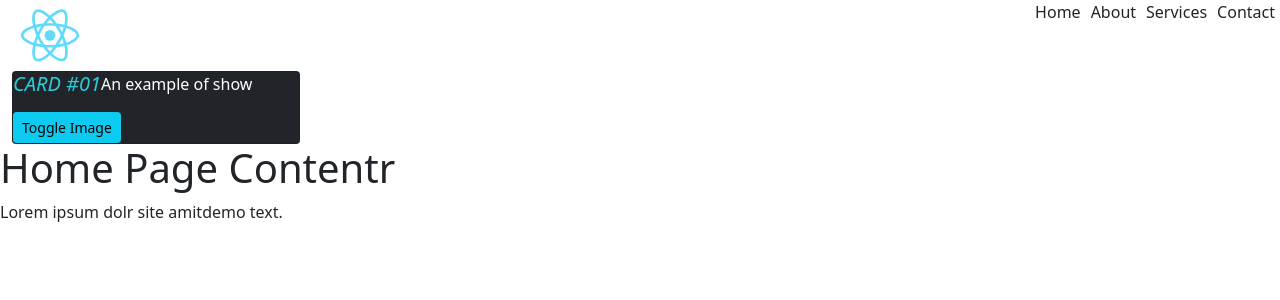
Repository: rudra319/react
Page: /
An editor plug-in stored every save of this project. The page is shown before and after the next save, followed by the edit.
The browser window is 1280 px wide. The pictures show the whole page.
The project was rebuilt for these pictures with package versions that can differ from the ones it lists, and the page was loaded fresh each time. Also part of the build but not shown: src/App.css, src/pages/dashboard/Dashboard.css, src/pages/dashboard/Dashboard.jsx.

Above is the page before, as saved 2022-05-17 17:53:13.

### src/App.js
import logo from './logo.svg';
import './App.css';
import Header from './Header';
import { useState } from 'react';
import 'bootstrap/dist/css/bootstrap.min.css';
import Dashboard from './pages/dashboard/Dashboard';
import Chinmayee from './pages/dashboard/Chinmayee';
function App1() {
  const [cPage, setCPage] = useState("home")
  //console.log(cPage)
  return (
    <>
      <div>
        <Header setCPage={setCPage} />
      </div>
      <Chinmayee/>
      {/* <Dashboard /> */}
      {cPage !== "" && (cPage === 'home' || cPage === "Home") && (
        <>
          <h1>Home Page Contentr</h1>
          <p>Lorem ipsum dolr site amitdemo text.</p>
        </>
      )}
      {cPage === 'about' && (
        <>
          <h1>About Page Contentr</h1>
          <p>Lorem ipsum dolr site amitdemo text.</p>
        </>
      )}
      {cPage === 'products' && (
        <>
          <h1>Products Page Contentr</h1>
          <p>Lorem ipsum dolr site amitdemo text.</p>
        </>
      )}
      {cPage === 'services' && (
        <>
          <h1>Services Page Contentr</h1>
          <p>Lorem ipsum dolr site amitdemo text.</p>
        </>
      )}
      {cPage === 'contact' && (
        <>
          <h1>Contact Page Contentr</h1>
          <p>Lorem ipsum dolr site amitdemo text.</p>
        </>
      )}
    </>
  );
}

export default App1;

### src/Header.js
import React, {useState, useEffect} from 'react';
import logo from './logo.svg';
import Menu from './Menu';

function Header({setCPage = () => {}}) {

  // const [name, setName] = useState("");
  // let nameVar = "CSM Admin nameVar";
  // useEffect(() => {
  //   setName("CSM Admin name")
  //   nameVar = "Test"
  // },[]);


  return (
    <div>
      <a><img style={{width:'100px'}} src={logo} /></a>
      <Menu setCPage={setCPage} />
    </div>
  );
}

export default Header;

### src/pages/dashboard/Chinmayee.jsx
import React, { useState } from 'react';
import {Button, Container, Row, Col, Card, CardGroup, CardImg} from 'react-bootstrap';
import Button1 from 'react-bootstrap/Button';
import CardHeader from 'react-bootstrap/esm/CardHeader';
import './Chinmayee.css';
import logo from '../../logo.svg';

export default function Chinmayee (){

const [show, setShow] = useState(false);


    return(
        <Container fluid>
            {/* <h1 className={flag ? "heading":'heading1'}>Chinmayee</h1>
            <Button variant="danger" onClick={()=>setFlag(!flag)}>Click</Button>
            <Button1 variant="danger" onClick={()=>setFlag(!flag)}>Click</Button1>
     */}
            <Row>
                <Col>
                    <Card className="bg-dark text-white" style={{width: "18rem"}}  >
                        <CardGroup>

                            <h5 className="card-title">card #01 </h5>
                            {show === true && (
                                <>
                            <CardImg src={logo}>

                            </CardImg>
                            </>)}
                            <p className="card-text">An example of show</p>
                            <Button variant="info" className="btn-sm" onClick={() => setShow(!show)} >Toggle Image</Button>
                        </CardGroup>

                    </Card>



                </Col>

                <Col>
                {/* <div class="card" style="width: 18rem;">
<div class="card-body">
<h5 class="card-title">Special title treatment</h5>
<p class="card-text">With supporting text below as a natural lead-in to additional content.</p>
<a href="#" class="btn btn-primary">Go somewhere</a>
</div>
</div>
                 */}
                </Col>
            </Row>
</Container>
    )

};

### src/Menu.js
import MenuItem from './MenuItem';

function Menu({setCPage = () => {}}) {
  const menuData = [
    { label:"Home", link:"home"},
    { label:"About", link:"about"},
    { label:"Products"},
    { label:"Services", link:"services"},
    { label:"Contact", link:"contact"}
  ];

  return (
      <ul style={{float:'right', listStyle:'none'}}>
        {
          menuData && menuData !== [] && menuData.length > 0 && menuData.map((menuItem)=>{
            if(menuItem.link){
              return(<MenuItem menuItem={menuItem} setCPage={setCPage} />)
            }
          })
        }
      </ul>
  );
}

export default Menu;

### src/pages/dashboard/Chinmayee.css
.card-title{
    color: rgb(42, 206, 218);
    font-style: italic;
    text-transform: uppercase;
}

### src/MenuItem.js
import logo from './logo.svg';
import { useEffect } from 'react';

function MenuItem({menuItem = {}, setCPage = () => {}}) {
  const {label, link} = menuItem;

  const handleSetCPage = (e) => {
    if(e.target){
        setCPage(e.target.name);
    }
  }
  return (
    <>
      <li style={{display:'inline-block', margin: '0 5px'}}>
        <a onClick={(e)=>handleSetCPage(e)} name={link}>{label}</a>
      </li>
    </>
  );
}

export default MenuItem;

Loaded but not shown: public/index.html (common file); src/index.js (common file); src/index.css (common file); src/reportWebVitals.js (common file)

After the next save:
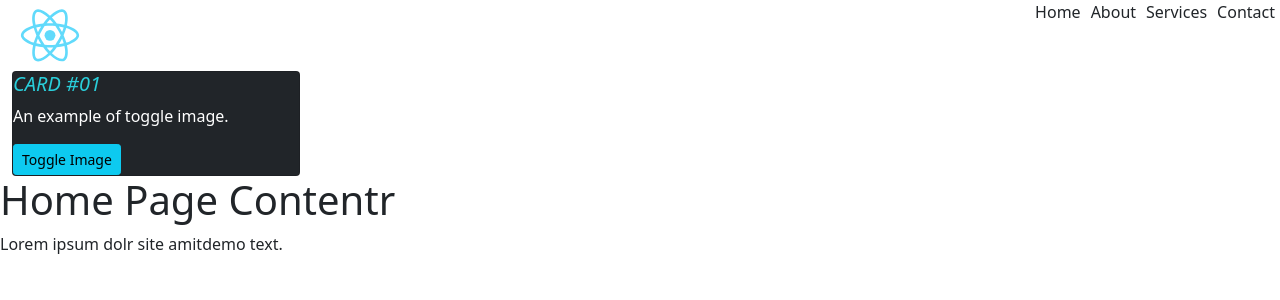
Saved 32 s later.
--- a/src/pages/dashboard/Chinmayee.jsx
+++ b/src/pages/dashboard/Chinmayee.jsx
@@ -28,7 +28,7 @@
 
                             </CardImg>
                             </>)}
-                            <p className="card-text">An example of show</p>
+                            <p className="card-text">An example of toggle image.</p>
                             <Button variant="info" className="btn-sm" onClick={() => setShow(!show)} >Toggle Image</Button>
                         </CardGroup>
 
